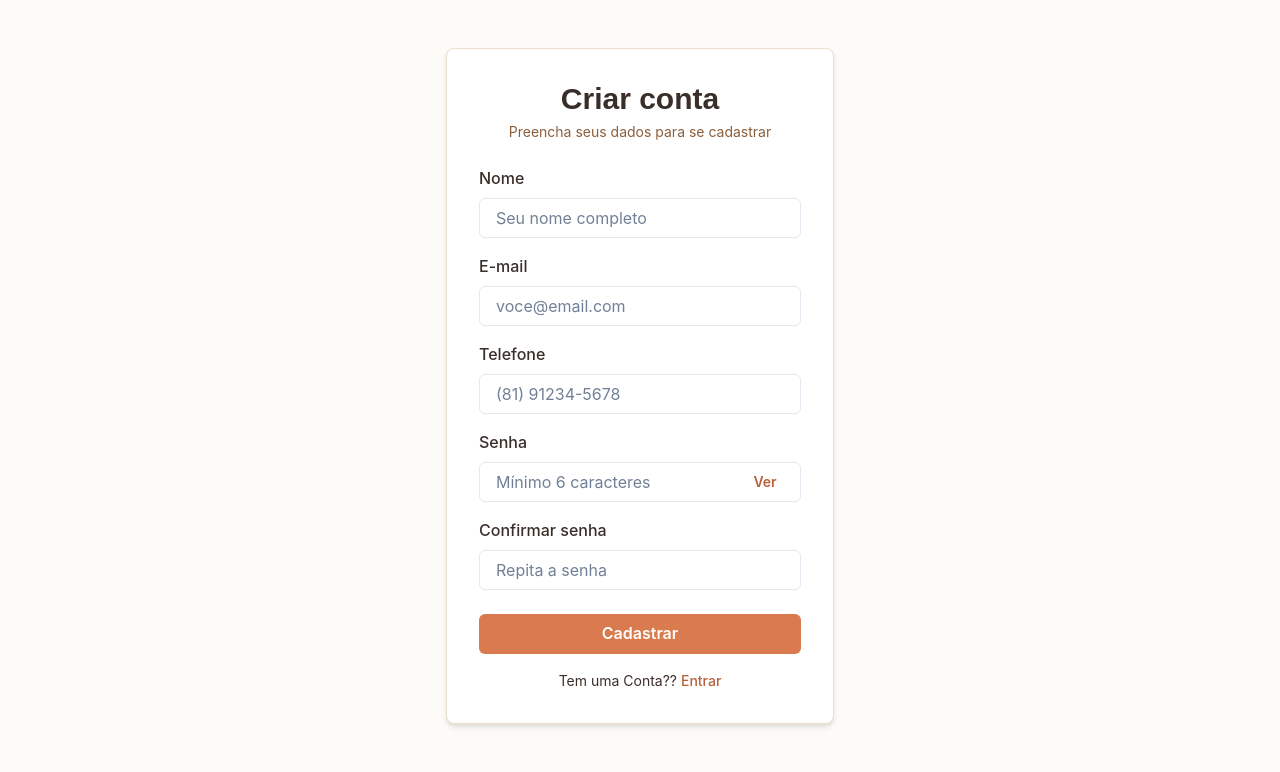
Repository: LuizMXavier/artesao
Page: /cadastro
An editor plug-in stored every save of this project. The page is shown before and after a run of saves, followed by the edit.
The browser window is 1280 px wide. The pictures show the whole page.
The project was rebuilt for these pictures with package versions that can differ from the ones it lists, and the page was loaded fresh each time. The framework's server and built-in components were replaced by stand-ins that run in the browser. Also part of the build but not shown: next.config.ts.

Above is the page before, as saved 2026-09-11 17:17:21.

After the next 11 saves:
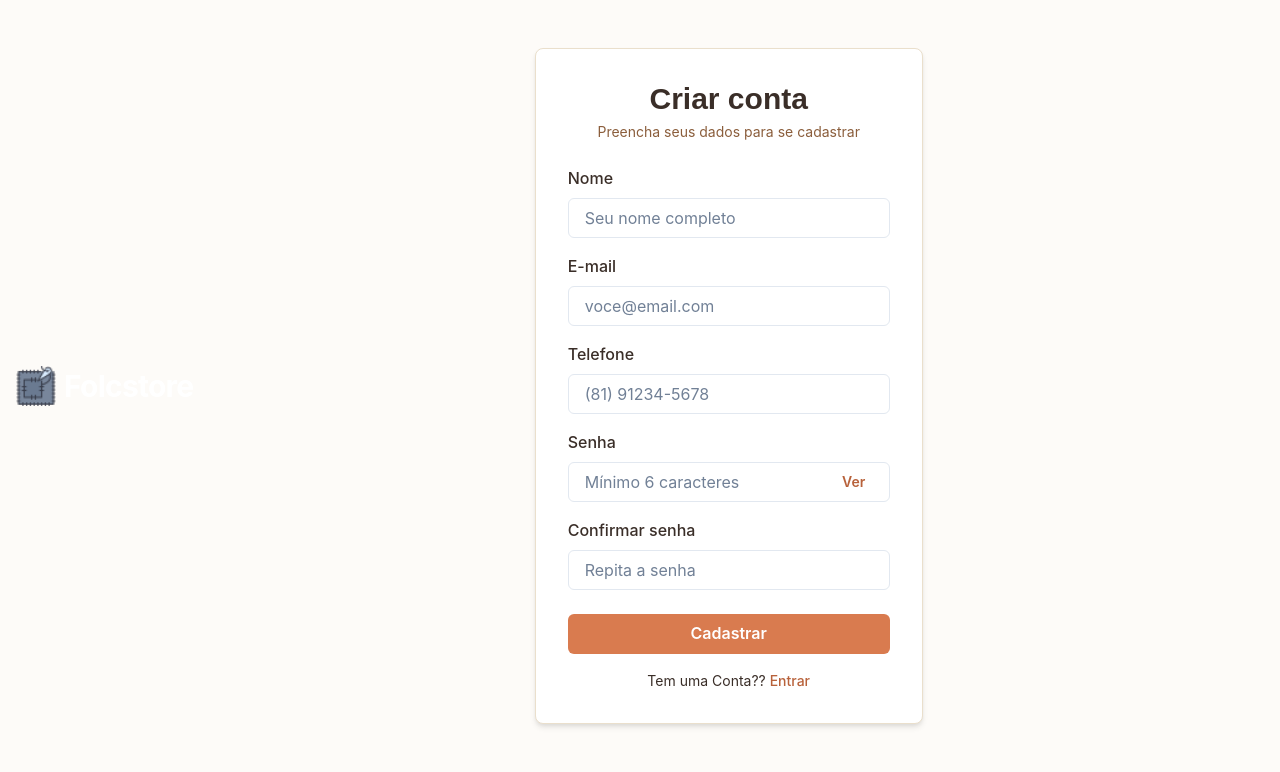
The 11 saves are shown as one change because 5 did not build or start and some came seconds apart.
The last was saved 3 min 54 s later.
--- a/app/cadastro/page.tsx
+++ b/app/cadastro/page.tsx
@@ -15,6 +15,8 @@
   FormLabel,
   FormErrorMessage,
   Input,
+  Flex,
+  Link,
   InputGroup,
   Link as ChakraLink,
   InputRightElement,
@@ -23,6 +25,7 @@
   Text,
 } from "@chakra-ui/react";
 import NextLink from "next/link";
+import Image from "next/image";
 
 // -------------------------------------------------------------
 // Schema de validação (baseado na entidade Usuario)
@@ -116,6 +119,18 @@
 
   return (
     <Box minH="100vh" display="flex" alignItems="center" bg="sand.50" px={4}>
+        <Flex align="center" cursor="pointer">
+            <Image
+              src="/logo.png"
+              alt="Folcstore"
+              width={40}
+              height={40}
+              style={{ marginRight: "8px" }}
+            />
+            <Link href={"/"} color="white" fontSize="3xl" fontWeight="bold" letterSpacing="tight">
+              Folcstore
+            </Link>
+        </Flex>
       <Container maxW={{ base: "100%", sm: "420px" }} py={{ base: 8, md: 12 }}>
         <Box
           bg="white"
